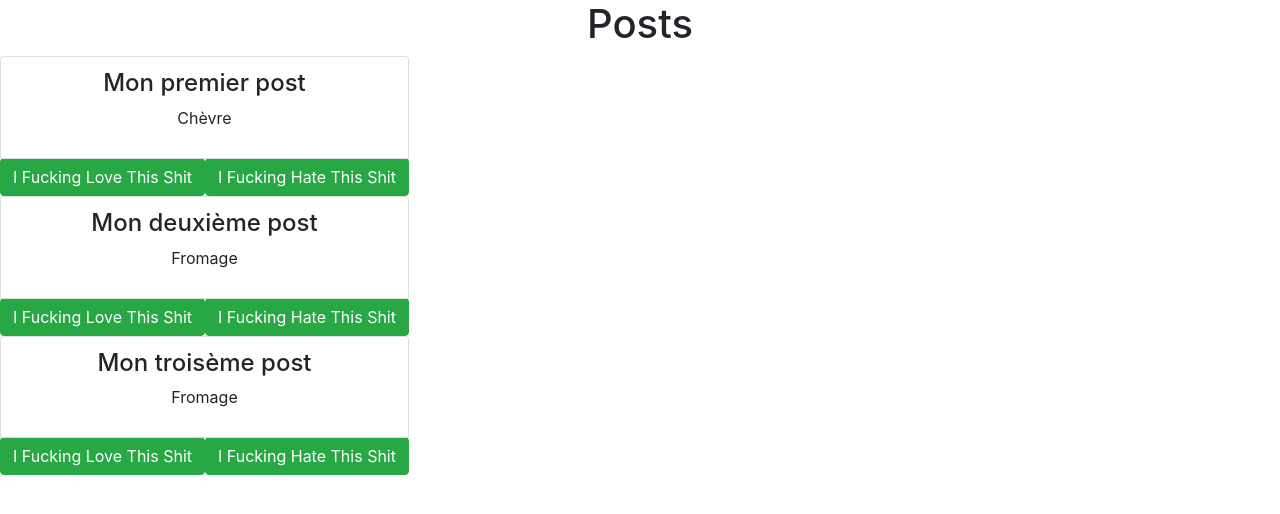
Repository: BillThePony/Ng-Blog-OC
Page: /
The author's editor kept a copy of each file at every save. The page is drawn from the files as they stood at one save, then again after the next save.
The browser window is 1280 px wide. The pictures show the whole page.
The project was rebuilt for these pictures with package versions that can differ from the ones it lists, and the page was loaded fresh each time. Also part of the build but not shown: angular.json.

Above is the page before, as saved 2018-10-09 18:11:49.

### src/index.html
<!doctype html>
<html lang="en">
<head>
  <meta charset="utf-8">
  <title>MonBlog</title>
  <base href="/">

  <meta name="viewport" content="width=device-width, initial-scale=1">
  <link rel="icon" type="image/x-icon" href="favicon.ico">
</head>
<body>
  <app-root></app-root>
</body>
</html>

### src/app/app.component.ts
import { Component } from "@angular/core";
import { Post } from "../app/model/post";

@Component({
  selector: "app-root",
  templateUrl: "./app.component.html",
  styleUrls: ["./app.component.css"]
})
export class AppComponent {


  arrayPost :  Post[] = [
    new Post("Mon premier post", "Chèvre"),
    new Post("Mon deuxième post", "Fromage"),
    new Post("Mon troisème post", "Fromage")
  ];
}

### src/app/post-list/post-list.component.ts
import { Component, OnInit, Input } from "@angular/core";
import { Post } from "../model/post";

@Component({
  selector: "app-post-list",
  templateUrl: "./post-list.component.html",
  styleUrls: ["./post-list.component.css"]
})
export class PostListComponent implements OnInit {
  @Input()
  postTableau: Post[];

  constructor() {}

  ngOnInit() {}
}

### src/app/post-list-item/post-list-item.component.ts
import { Component, OnInit, Input } from "@angular/core";
import { Post } from "../model/post";

@Component({
  selector: "app-post-list-item",
  templateUrl: "./post-list-item.component.html",
  styleUrls: ["./post-list-item.component.css"]
})
export class PostListItemComponent implements OnInit {
  @Input()
  postContenu: Post[];

  loveIts: number = 0;
  Like: boolean;

  constructor() {}

  ngOnInit() {}

  iLoveIt() {
    this.loveIts += 1;
    console.log(this.loveIts);
  }
  iDontLoveIt() {
    this.loveIts -= 1;
  }

  defineColor() {
    if (this.loveIts > 0) {
      this.Like = true;
    }
    if (this.loveIts < 0) {
      this.Like = false;
    }
  }
}

### src/app/app.component.html
<div style="text-align:center">
  <h1>
    Posts
  </h1>
</div>

<app-post-list [postTableau]="arrayPost"></app-post-list>

### src/app/model/post.ts
export class Post {
  title: string;
  content: string;
  loveIts: number;

  constructor(title, content, loveIts?) {
    this.title = title;
    this.content = content;
    this.loveIts = loveIts;
  }
}

### src/app/post-list/post-list.component.html
<div *ngFor="let post of postTableau">
  <app-post-list-item [postContenu]="post"></app-post-list-item>
</div>

### src/app/post-list-item/post-list-item.component.html
<div style="text-align:center">
    <div class="container-fluid">
        <div class="row">
            <div class="col-xs-12">
                <li [ngClass]="{'list-group-item' : true,
                'list-group-item-success' : this.Like === true,
                'list-group-item-danger': this.Like === false}">

                    <h4>{{postContenu.title}}</h4>
                    <p>{{postContenu.content}}</p>
                </li>

                <button class="btn btn-success" (click)=iLoveIt()>I Fucking Love This Shit</button>
                <button class="btn btn-success" (click)=iDontLoveIt()>I Fucking Hate This Shit</button>

            </div>
        </div>
    </div>
</div>

Loaded but not shown: src/styles.css (common file); src/main.ts (common file); src/app/app.module.ts (common file); src/environments/environment.ts (common file); src/app/app.component.css (no stored copy; drawn as an empty file); src/app/post-list-item/post-list-item.component.css (no stored copy; drawn as an empty file); src/app/post-list/post-list.component.css (no stored copy; drawn as an empty file)

After the next save:
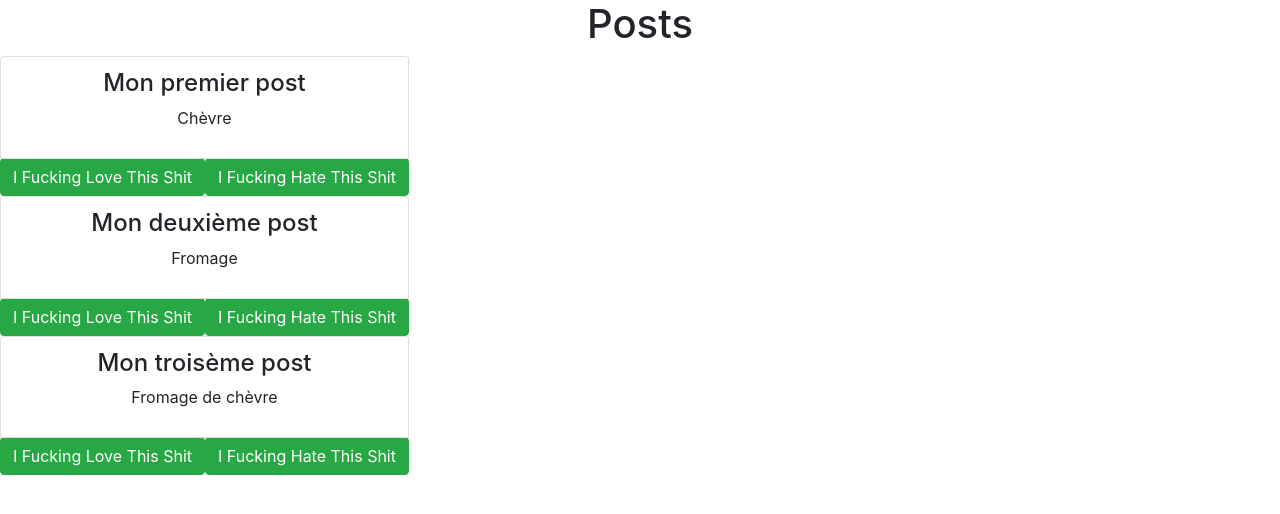
Saved 4 s later.
--- a/src/app/app.component.ts
+++ b/src/app/app.component.ts
@@ -7,11 +7,9 @@ import { Post } from "../app/model/post";
   styleUrls: ["./app.component.css"]
 })
 export class AppComponent {
-
-
-  arrayPost :  Post[] = [
+  arrayPost: Post[] = [
     new Post("Mon premier post", "Chèvre"),
     new Post("Mon deuxième post", "Fromage"),
-    new Post("Mon troisème post", "Fromage")
+    new Post("Mon troisème post", "Fromage de chèvre")
   ];
 }
